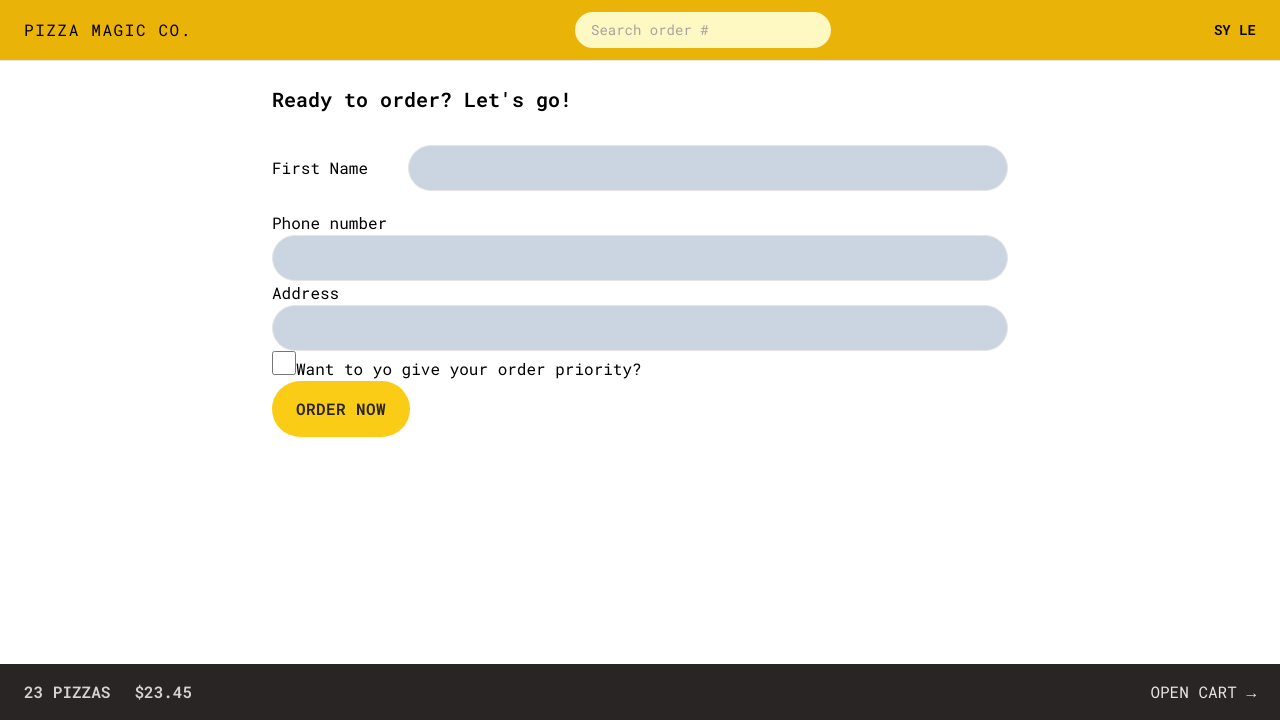
Repository: SyLe-Van/The-Pizza-Magic-web
Page: /order/new
The author's editor kept a copy of each file at every save. The page is drawn from the files as they stood at one save, then again after the next save.
The browser window is 1280 px wide. The pictures show the whole page.
The project was rebuilt for these pictures with package versions that can differ from the ones it lists, and the page was loaded fresh each time. Also part of the build but not shown: vite.config.js, src/features/user/CreateUser.jsx, src/ui/Home.jsx, src/ui/Loader.jsx, src/features/menu/Menu.jsx, src/ui/LinkButton.jsx, src/utils/helpers.js, src/features/cart/CartItem.jsx and 3 more. Imported but missing from the stored project, and not drawn on this page: src/features/menu/MenuItem.

Above is the page before, as saved 2024-07-28 18:37:05.

After the next save:
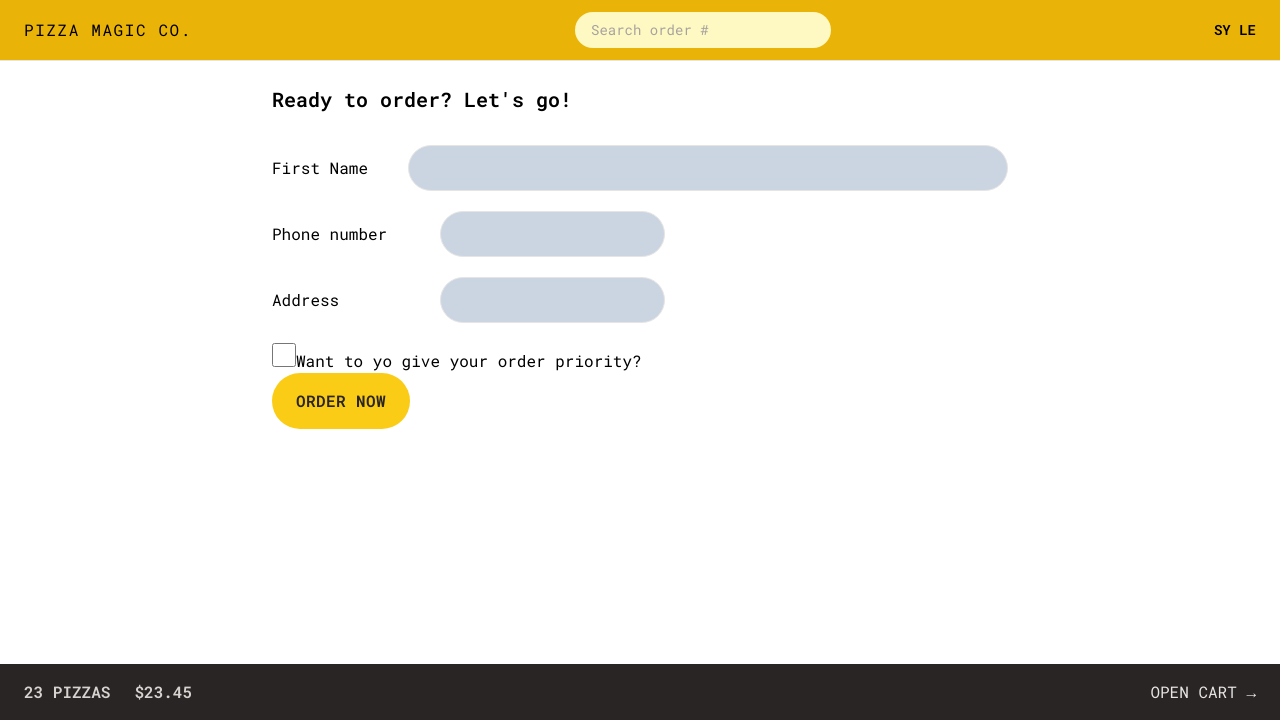
Saved 6 min 20 s later.
--- a/src/features/order/CreateOrder.jsx
+++ b/src/features/order/CreateOrder.jsx
@@ -50,16 +50,16 @@ function CreateOrder() {
           <input className="input"  type="text" name="customer" required />
         </div>
 
-        <div>
-          <label>Phone number</label>
+        <div className="mb-5 flex gap-2 flex-col sm:flex-row sm:items-center">
+          <label className="sm:basis-40">Phone number</label>
           <div>
             <input className="input" type="tel" name="phone" required />
           </div>
           {formErrors?.phone && <p>{formErrors.phone}</p>}
         </div>
 
-        <div>
-          <label>Address</label>
+        <div className="mb-5 flex gap-2 flex-col sm:flex-row sm:items-center">
+          <label className="sm:basis-40">Address</label>
           <div>
             <input className="input" type="text" name="address" required />
           </div>
